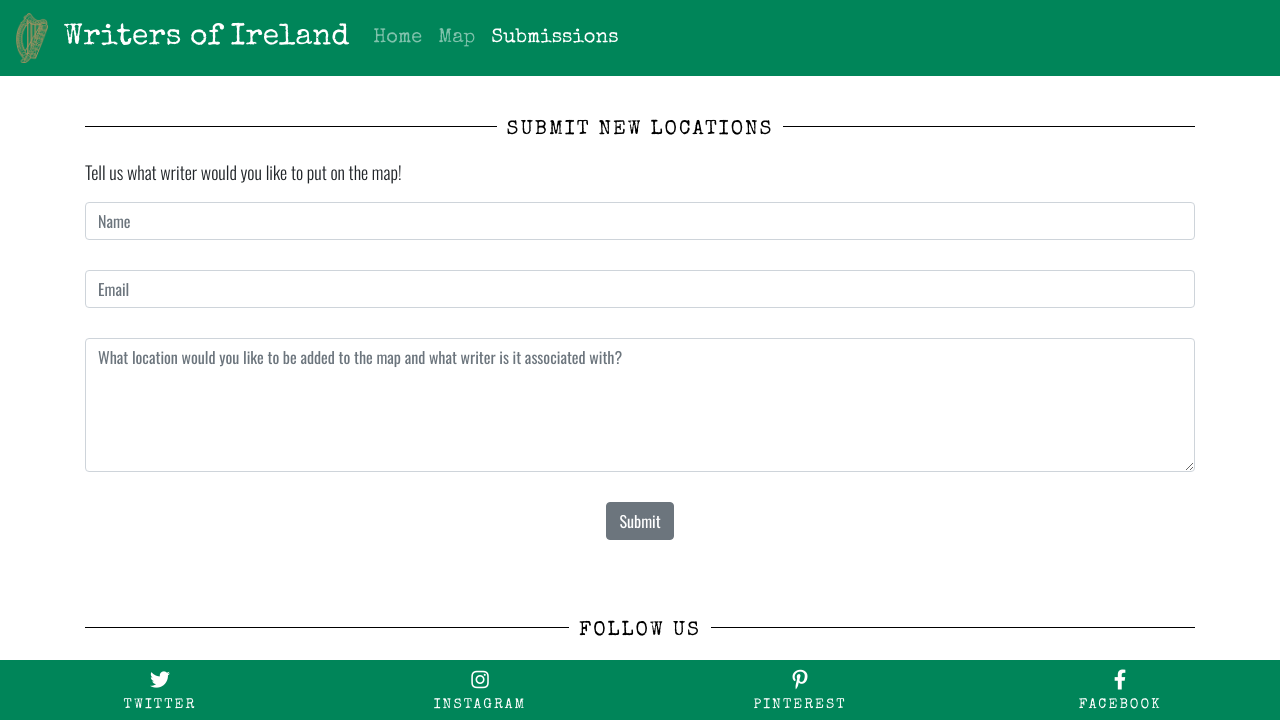
Repository: DarrenCoppinger/milestone-project-2
Page: submissions.html
The author's editor kept a record of every edit. The page is drawn from the files as they stood at one moment, then again after the next edit.
The browser window is 1280 px wide. The pictures show the whole page.
Some web libraries are served in a nearby version.

Above is the page before.
Console error: ReferenceError: emailjs is not defined

After the next edit:
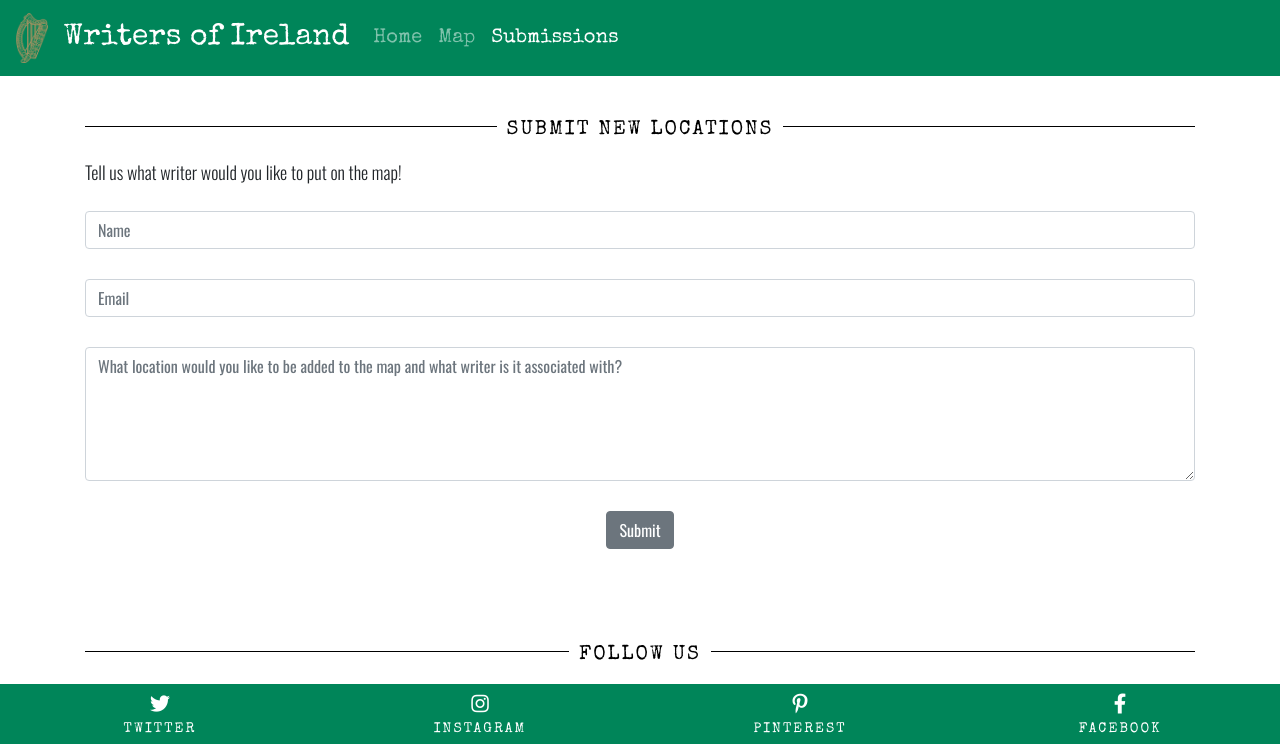
The edit:
--- a/assets/css/style.css
+++ b/assets/css/style.css
@@ -192,6 +192,10 @@
 }
 
 /*----------------form----------------*/
+
+form {
+    margin: 25px 0;
+}
 
 .form-control {
     margin-bottom: 30px;
